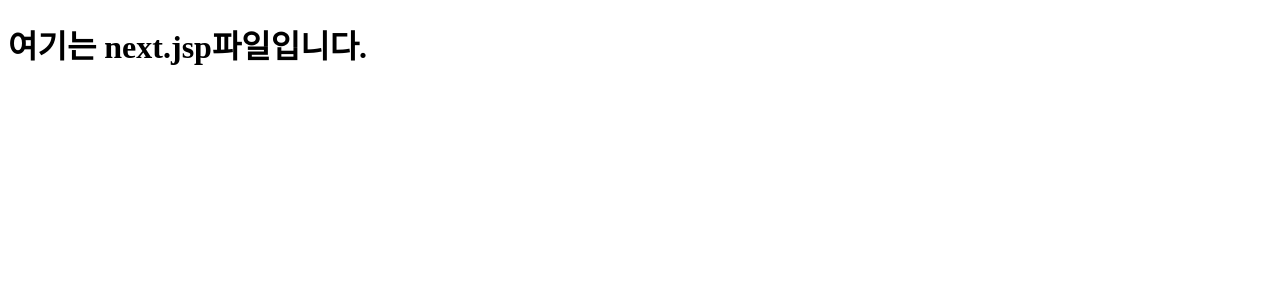
Repository: MySunTY/JSP
Page: http://localhost/JSP02/next.jsp
These files come from the project's save history. The page is drawn as it stood at one moment and after the next save; the edit follows.
The browser window is 1280 px wide. The pictures show the whole page.
The page is served by Tomcat 9.

Above is the page before, as saved 2024-05-09 07:16:37.

After the next save:
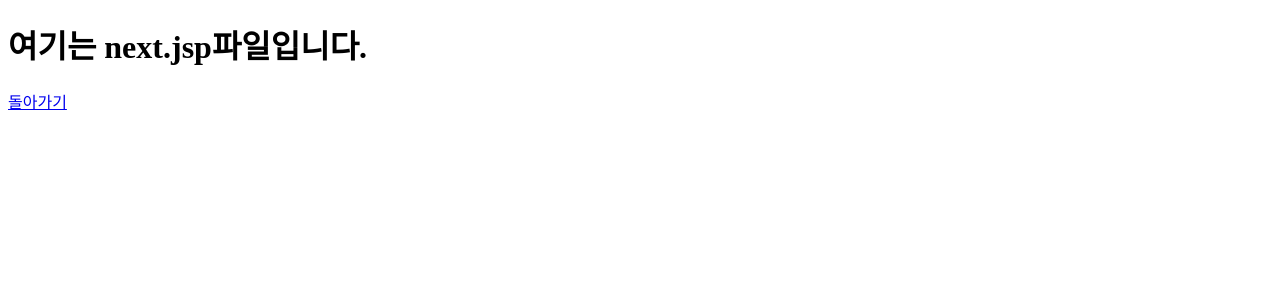
Saved 84 s later.
--- a/JSP02/src/main/webapp/next.jsp
+++ b/JSP02/src/main/webapp/next.jsp
@@ -9,4 +9,5 @@
 	<body>
 		<h1>여기는 next.jsp파일입니다.</h1>
 	</body>
+	<a href="index.jsp">돌아가기</a>
 </html>
